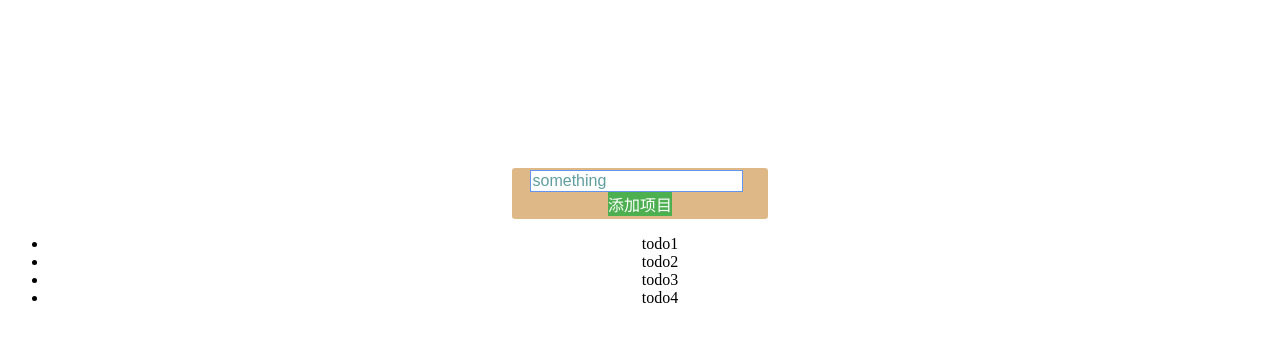
Repository: ArtemisWang/todolistProject
Page: /
These files come from the project's save history. The page is drawn as it stood at one moment and after the next save; the edit follows.
The browser window is 1280 px wide. The pictures show the whole page.
The project was rebuilt for these pictures with package versions that can differ from the ones it lists, and the page was loaded fresh each time.

Above is the page before, as saved 2020-02-28 21:46:25.

After the next save:
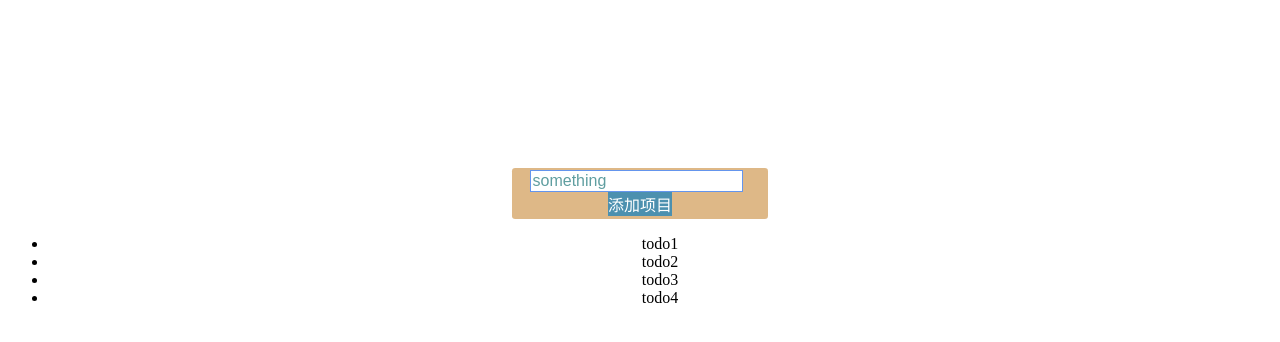
Saved 22 s later.
--- a/src/App.css
+++ b/src/App.css
@@ -23,7 +23,7 @@
 }
 
 .button {
-    background-color: #4CAF50; /* Green */
+    background-color: rgb(76, 144, 175); /* Green */
     border: none;
     color: white;
     padding: 0;
